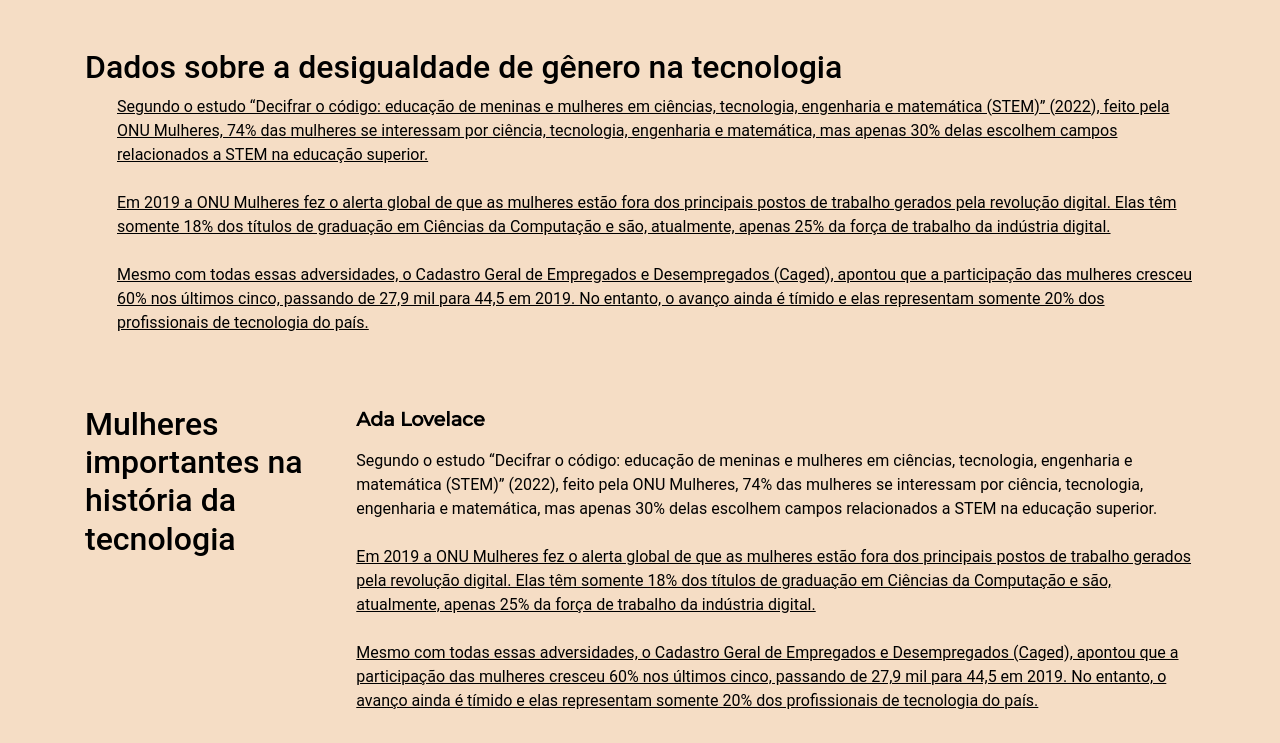
Repository: BellsBarbosa/ODS5_IGUALDADE_DE_GENERO
Page: index.html
The author's editor kept a copy of each file at every save. The page is drawn from the files as they stood at one save, then again after a run of saves.
The browser window is 1280 px wide. The pictures show the part of the page from y = 1260 to 2003 px (the page is 2939 px tall before and 3032 px after).
A picture or video elsewhere on the page could not be fetched, so the positions and the page height are approximate.

Above is the page before, as saved 2023-08-11 15:22:23.

### index.html
<!DOCTYPE html>
<html lang="en">

<head>
    <meta charset="UTF-8">
    <meta name="viewport" content="width=device-width, initial-scale=1.0">
    <meta name="author" content="Isabel Barbosa, Bootstrap contributors">
    <title>ODS 5 - Igualdade de Gênero</title>
    <link href="https://cdn.jsdelivr.net/npm/bootstrap@5.3.0-alpha3/dist/css/bootstrap.min.css" rel="stylesheet"
        integrity="sha384-KK94CHFLLe+nY2dmCWGMq91rCGa5gtU4mk92HdvYe+M/SXH301p5ILy+dN9+nJOZ" crossorigin="anonymous">
    <link rel="stylesheet" href="https://cdn.jsdelivr.net/npm/bootstrap-icons@1.10.5/font/bootstrap-icons.css">
    <link rel="preconnect" href="https://fonts.googleapis.com">
    <link rel="preconnect" href="https://fonts.gstatic.com" crossorigin>
    <link
        href="https://fonts.googleapis.com/css2?family=Caveat:wght@500;700&family=Kalam&family=Montserrat:ital,wght@0,300;0,400;0,500;1,400;1,500;1,600&display=swap"
        rel="stylesheet">
    <link rel="stylesheet" href="style.css">
    </script>


</head>

<body>

    <header class="header-menu">
        <nav>
            <img src="IMG/ODS5-1.jpg" alt="ODS5" width="100%" height="100%"></a>
            <ul class="lista-menu">
                <li><a href="#ods">ODS</a> </li>
                <li><a href="#dados">Dados</a></li>
                <li><a href="#destaques">Destaques</a></li>
                <li><a href="#cards">Soluções</a></li>
                <li><a href="#contato">Contatos</a></li>
            </ul>
        </nav>

    </header>


    <div class="container col-xxl-8 px-4 py-5">
        <div class="row flex-lg-row-reverse align-items-center g-5 py-5">
            <div class="col-10 col-sm-8 col-lg-6">
                <img src="IMG/4029136.jpg" class="d-block mx-lg-auto img-fluid" alt="Bootstrap Themes" loading="lazy">
            </div>
            <div class="col-lg-6">
                <h1 class="display-5 fw-bold text-body-emphasis lh-1 mb-3">ODS 5 - IGUALDADE DE GÊNERO</h1>
                <p class="lead">Aumentar o uso de tecnologias de base, em particular as tecnologias de informação
                    <br>e comunicação, para promover o empoderamento das mulheres.
                </p>
                <a href="https://brasil.un.org/pt-br/sdgs/5" class="botao" target="_blank">Saiba mais</a>
                <div class="d-grid gap-2 d-md-flex justify-content-md-start">

                </div>
            </div>
        </div>
    </div>



    <section class="container-fluid" id="ods">
        <div class="row">
            <div class="column">
                <h2 id="h2-margin">O Que são as ODS?</h2>
                <p>Os Objetivos de Desenvolvimento Sustentável são um apelo global à ação para acabar com a
                    pobreza,
                    proteger o meio ambiente e o clima e garantir que as pessoas, em todos os lugares, possam
                    desfrutar de paz e de prosperidade. Estes são os objetivos para os quais as Nações Unidas
                    estão
                    contribuindo a fim de que possamos atingir a Agenda 2030 no Brasil. O objetivo escolhido foi
                    a ODS 5.B: Aumentar o uso de tecnologias de base, em particular as
                    tecnologias de informação e comunicação, para promover o empoderamento das mulheres.
                </p>
                <img src="IMG/odssss-1-scaled.jpg" align-items="left" alt="Crédito da imagem: Estratégia Ods"
                    width="600" height="330">
                </h1>
            </div>

            <div class="column">
                <h2>ODS 5 - Igualdade de Gênero</h2>
                <p><i>Juliette Erath</i></p>
                <p>"A desigualdade de gênero é em grande parte responsável pela diferença no ambiente de
                    trabalho e
                    nas habilidades em relação a um padrão no setor de tecnologia. Para enfrentar essa
                    desigualdade
                    internacional e crescente, um esforço com empenho precisa ser feito para compreender a
                    origem
                    desse problema e solucioná-lo (...) No Brasil, em 2019, apenas 26% dos formados na área STEM
                    eram mulheres." é o que nos diz <a
                        href="https://www.ironhack.com/br/pt/blog/desigualdade-de-genero-na-tecnologia-vamos-discuti-la"
                        class="link" target="_blank">Juliette Erath em seu texto para IRONHACK.</a></p>
                <iframe width="560" height="315" src="https://www.youtube.com/embed/go-VJzRqacE"
                    title="YouTube video player" frameborder="0"
                    allow="accelerometer; autoplay; clipboard-write; encrypted-media; gyroscope; picture-in-picture; web-share"
                    allowfullscreen></iframe>
            </div>
        </div>

    </section>
    <section class="container-fluid" id="dados">
        <article class="container article-lista">
            <div class="dados">
                <h2>Dados sobre a desigualdade de gênero na tecnologia</h2>
                <ul>
                    <li> <a href="https://blog.google/intl/pt-br/novidades/por-dentro-do-google/mind-the-gap-2022-incentivando-meninas-a-ingressarem-em-carreiras-na-area-de-tecnologia/#:~:text=Segundo%20o%20estudo%20%E2%80%9CDecifrar%20o,a%20STEM%20na%20educa%C3%A7%C3%A3o%20superior."
                            class="link" target="_blank">Segundo o estudo “Decifrar o código: educação de
                            meninas e
                            mulheres em ciências, tecnologia, engenharia e matemática (STEM)” (2022), feito pela
                            ONU
                            Mulheres, 74% das mulheres se interessam por ciência, tecnologia, engenharia e
                            matemática,
                            mas apenas 30% delas escolhem campos relacionados a STEM na educação superior.</a>
                    </li> </br>
                    <a href="http://www.onumulheres.org.br/noticias/onu-mulheres-defende-investimentos-publicos-e-privados-em-igualdade-de-genero-para-aumentar-participacao-de-meninas-e-mulheres-em-ciencia-e-tecnologia/"
                        class="link" target="_blank">Em 2019 a ONU Mulheres fez o alerta global de que as
                        mulheres estão
                        fora dos principais postos de trabalho gerados pela revolução digital. Elas têm somente
                        18% dos
                        títulos de graduação em Ciências da Computação e são, atualmente, apenas 25% da força de
                        trabalho da indústria digital.</a></li> </br> </br>
                    <li> <a href="https://www.vittude.com/blog/mulheres-na-tecnologia-os-desafios-femininos-no-setor/"
                            class="link" target="_blank"> Mesmo com todas essas adversidades, o Cadastro Geral
                            de
                            Empregados e Desempregados (Caged), apontou que a participação das mulheres cresceu
                            60% nos
                            últimos cinco, passando de 27,9 mil para 44,5 em 2019. No entanto, o avanço ainda é
                            tímido e
                            elas representam somente 20% dos profissionais de tecnologia do país.</a> </li>
                    </br>
                </ul> <br>

            </div>
        </article>
    </section>
<section class="container-fluid" id="destaques">
    <article class="container article-lista">
        <div class="destaques">
            <h2>Mulheres importantes na história da tecnologia</h2>
            <ul>
                <li> <p class="lista-titulo">Ada Lovelace</p>Segundo o estudo “Decifrar o código: educação de
                        meninas e
                        mulheres em ciências, tecnologia, engenharia e matemática (STEM)” (2022), feito pela
                        ONU
                        Mulheres, 74% das mulheres se interessam por ciência, tecnologia, engenharia e
                        matemática,
                        mas apenas 30% delas escolhem campos relacionados a STEM na educação superior.</a>
                </li> </br>
                <a href="http://www.onumulheres.org.br/noticias/onu-mulheres-defende-investimentos-publicos-e-privados-em-igualdade-de-genero-para-aumentar-participacao-de-meninas-e-mulheres-em-ciencia-e-tecnologia/"
                    class="link" target="_blank">Em 2019 a ONU Mulheres fez o alerta global de que as
                    mulheres estão
                    fora dos principais postos de trabalho gerados pela revolução digital. Elas têm somente
                    18% dos
                    títulos de graduação em Ciências da Computação e são, atualmente, apenas 25% da força de
                    trabalho da indústria digital.</a></li> </br> </br>
                <li> <a href="https://www.vittude.com/blog/mulheres-na-tecnologia-os-desafios-femininos-no-setor/"
                        class="link" target="_blank"> Mesmo com todas essas adversidades, o Cadastro Geral
                        de
                        Empregados e Desempregados (Caged), apontou que a participação das mulheres cresceu
                        60% nos
                        últimos cinco, passando de 27,9 mil para 44,5 em 2019. No entanto, o avanço ainda é
                        tímido e
                        elas representam somente 20% dos profissionais de tecnologia do país.</a> </li>
                </br>
            </ul> <br>

        </div>
    </article>
</section>


    <section class="container-fluid" id="cards">
        <div class="row row-cols-1 row-cols-md-3 g-4">
            <div class="col">
                <div class="card">
                    <img src="IMG/criança.jpg" class="card-img-top" alt="...">
                    <div class="card-body">
                        <h5 class="card-title text-center">Introduza meninas ao mundo da tecnologia</h5>
                        <p class="card-text justify-content-evenly">Apresentar as meninas ao mundo da tecnologia expande
                            as chances delas desenvolverem suas habilidades e criatividade,
                            proporcionando a elas a chance de inventar, criar e aprender sobre a área.</p>
                    </div>
                </div>
            </div>
            <div class="col">
                <div class="card">
                    <img src="IMG/mulher_liderança.jpg" class="card-img-top" alt="...">
                    <div class="card-body">
                        <h5 class="card-title text-center">Comemore as mulheres na liderança</h5>
                        <p class="card-text justify-content-evenly">Divulgar a jornadas de mulheres que impactaram na
                            tecnologia, e celebrar o trabalho dessas vitoriosas, irá inspirar
                            nossas meninas e mulheres a iniciar suas próprias carreiras na área tecnológica..</p>
                    </div>
                </div>
            </div>
            <div class="col">
                <div class="card">
                    <img src="IMG/parcerias.jpg" class="card-img-top" alt="...">
                    <div class="card-body">
                        <h5 class="card-title text-center">Estabeleça parcerias e oportunidades</h5>
                        <p class="card-text justify-content-evenly">Realizar parcerias com entidades que utilizam a
                            tecnologia como instrumento para diminuir a desigualdade de gênero irá
                            expandir o alcance desses projetos, aumentando assim a inserção de mulheres na
                            tecnologia.</p>
                    </div>
                </div>
            </div>

        </div>
    </section> <br>


    <footer class="rodape" id="contato">
        <div class="container">
            <div class="row">
                <div class="column">
                    <ul class="lista-rodape">
                        <li> <i class="bi bi-envelope"></i><a href="barbosa.isabelcristina@gmail.com" target="_blank"
                                class="link-icone">
                                barbosa.isabelcristina@gmail.com</a></li>
                        <li><i class="bi bi-linkedin"></i><a href="https://www.linkedin.com/in/isabel-barbosa-aa080456/"
                                target="_blank" class="link-icone"> Isabel Barbosa</a></li>
                        <li><i class="bi bi-github"></i><a href="https://github.com/BellsBarbosa" target="_blank"
                                class="link-icone">
                                BellsBarbosa</a></li>
                        <li><i class="bi bi-arrow-up-square-fill"></i><a href="#top" class="link-icone"> Topo da
                                página</a></li>

                    </ul>
                </div>
                <div class="column">
                    <ul class="lista-rodape">
                        <li>Créditos:</li>
                        <li>Imagem ODS:<a href="https://estrategiaods.org.br/" target="_blank" class="link-icone">
                                Estratégia ODS</a></li>
                        </li>
                        <li>Hero Image:<a
                                href="https://br.freepik.com/vetores-gratis/conceito-de-igualdade-de-genero_8925920.htm#query=igualdade%20de%20genero&position=0&from_view=search&track=ais">Imagem
                                de pikisuperstar</a> no Freepik</li>
                        </li>
                        <li> Video: <a href="https://www.youtube.com/watch?v=go-VJzRqacE&ab_channel=CentroCulturalLight"
                                target="_blank" class="link-icone">
                                Centro Cultural Light</a></li>
                        </li>
                        <li> Card 1: <a
                                href="https://br.freepik.com/fotos-gratis/garotinha-afro-americana-feliz-durante-videochamada-com-laptop_20052825.htm#query=meninas%20na%20tecnologia&position=14&from_view=search&track=ais">Imagem
                                de master1305</a> no Freepik
                        </li>
                        <li> Card 2: <a
                                href="https://br.freepik.com/fotos-gratis/mulher-afro-americana-confiante-com-documentos-em-papel_6882196.htm#query=mulheres%20na%20lideran%C3%A7a&position=19&from_view=search&track=ais">Imagem
                                de pch.vector</a> no Freepik
                        </li>
                        <li> Card 3: <a
                                href="https://br.freepik.com/fotos-gratis/mulheres-de-negocios-felizes-apoiando-uns-aos-outros-e-de-maos-dadas-em-um-cafe_26402023.htm#query=mulheres%20na%20lideran%C3%A7a&position=17&from_view=search&track=ais">Imagem
                                de Drazen Zigic</a> no Freepik
                        </li>
                    </ul>
                </div>
            </div>


        </div>
    </footer>

### style.css
 @import url('https://fonts.googleapis.com/css2?family=Caveat:wght@500;700&family=Kalam&family=Montserrat:ital,wght@0,300;0,400;0,500;1,400;1,500;1,600&display=swap');

 * {

   margin: 0;

   padding: 0;

   outline: 0;
 }

 body {

   font-family: 'Roboto', sans-serif;
   margin: 0;
   background-color: #f5ddc5;
   display: flex;
   min-height: 100vh;
   flex-direction: column;
   margin-top: 0%;
   position: relative;
   width: 100%;
   margin: 0 auto;
   padding: 0;

 }

 p {
   font-size: 1.2em;
   font-family: 'Montserrat', sans-serif;
   color: #000000;

 }

 a {
   color: rgb(0, 0, 0);
 }

 .h2 {
   color: #0b0b0b
 }

 li {

   list-style: none;
 }

 .header-menu {

   display: flex;
   position: fixed;
   width: 100%;
   padding: 8px;
   padding-bottom: 32px;
   padding-top: 32px;
   height: 30px;
   background-color: #6e999c;
 }

 .header-menu nav {
   display: flex;
   justify-content: flex-end;
   width: 100%;
 }

 .lista-menu {
   display: flex;
   justify-content: space-evenly;
   width: 50%;
   align-items: center;
 }

 .lista-menu li>a {
   color: #FFF;
   font-size: 18px;
   text-decoration: inherit;
 }

 .botao {
   border-radius: 8px;
   border: 1px solid #9fadaa;
   color: #9fadaa;
   font-size: 1.2em;
   line-height: 25px;
   text-align: center;
   text-decoration: none;
   text-transform: uppercase;
   padding: 10px 20px 10px 20px;
   position: relative;
   width: 200px;
 }

 .botao a {
   padding-left: 20%;
 }

 .botao a:hover {
   color: #000000;
   font-size: 1.2em;
 }


 .column {
   float: left;
   width: 50%;
   padding: 3%;
   color: #000000;
   text-align: justify;
 }

 /* Clear floats after the columns */
 .row:after {
   content: "";
   display: table;
   clear: both;
 }

 .ods {
   padding-bottom: 3%;
 }

 .dados {
   padding: 3px;
   align-content: center;
   color: #000000
 }

 .destaques {
   padding: 3px;
   align-content: center;
   color: #000000;
   padding-bottom: 3%;
   display: flex;
 }

 .cards {

   padding: 3px;
   align-content: center;
   color: #000000;
   padding-bottom: 3%;
 }

 .lista-titulo {
   font-weight: 600;

 }

 .rodape {
   height: 300px;
   display: flex;
   align-items: center;
   background-color: #6e999c;

 }

 .lista-rodape {
   color: #000000;
   font-weight: 700;
   font-size: 20px;
   margin-bottom: 16px;
   display: flex;
   align-items: flex-start;
   flex-direction: column;

 }

 .estilo-icone {
   font-size: 32px;
   margin-right: 10px;
  }

After the next 3 saves:
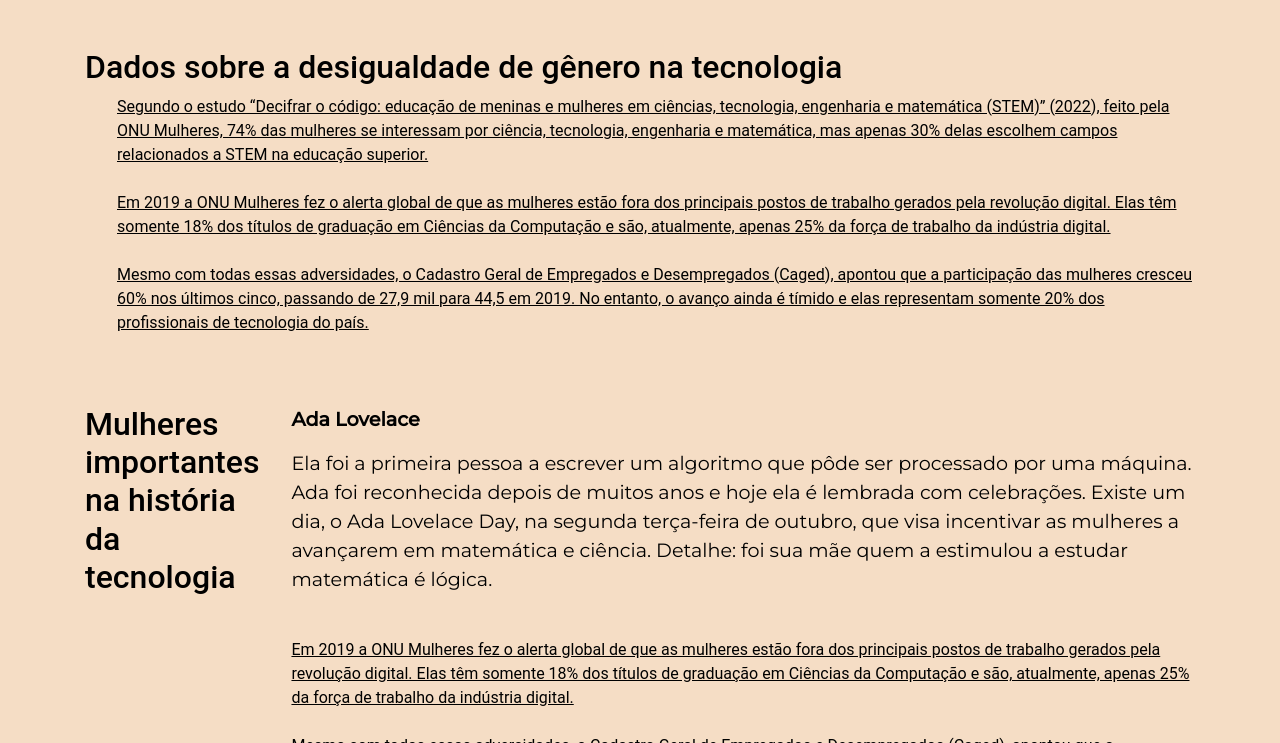
The 3 saves are shown as one change because they came seconds apart.
The last was saved 47 s later.
--- a/index.html
+++ b/index.html
@@ -136,14 +136,18 @@
         <div class="destaques">
             <h2>Mulheres importantes na história da tecnologia</h2>
             <ul>
-                <li> <p class="lista-titulo">Ada Lovelace</p>Segundo o estudo “Decifrar o código: educação de
-                        meninas e
-                        mulheres em ciências, tecnologia, engenharia e matemática (STEM)” (2022), feito pela
-                        ONU
-                        Mulheres, 74% das mulheres se interessam por ciência, tecnologia, engenharia e
-                        matemática,
-                        mas apenas 30% delas escolhem campos relacionados a STEM na educação superior.</a>
-                </li> </br>
+                <li> <p class="lista-titulo">Ada Lovelace</p><p class="lista-descricao">
+                    Ela foi a primeira pessoa a escrever um algoritmo que pôde ser processado por
+                    uma máquina.
+                    Ada foi reconhecida depois de muitos anos e hoje ela é lembrada com celebrações.
+                    Existe um
+                    dia, o Ada Lovelace Day, na segunda terça-feira de outubro, que visa incentivar
+                    as mulheres
+                    a avançarem em matemática e ciência. Detalhe: foi sua mãe quem a estimulou a
+                    estudar
+                    matemática é lógica.</br>
+                    </br>
+                </p></li>
                 <a href="http://www.onumulheres.org.br/noticias/onu-mulheres-defende-investimentos-publicos-e-privados-em-igualdade-de-genero-para-aumentar-participacao-de-meninas-e-mulheres-em-ciencia-e-tecnologia/"
                     class="link" target="_blank">Em 2019 a ONU Mulheres fez o alerta global de que as
                     mulheres estão
